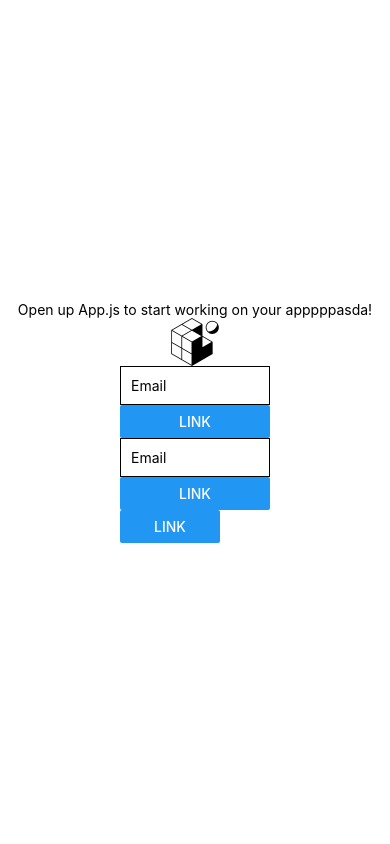
Repository: ntu34543/ReactNativeAndroid
Screen: /
These files come from the project's save history. The screen is drawn as it stood at one moment and after the next save; the edit follows.
The app was drawn by React Native's web renderer in a window 390 px wide. The project was rebuilt for these pictures with package versions that can differ from the ones it lists, and the page was loaded fresh each time.

Above is the screen before, as saved 2022-09-23 16:34:34.

### App.js
import { StatusBar } from "expo-status-bar";
import { StyleSheet, Text, View, Button, Image, TextInput } from "react-native";

export default function App() {
  return (
    <View style={styles.container}>
      <Text>Open up App.js to start working on your apppppasda!</Text>
      <Image source={require("./assets/favicon.png")} />
      <View style={styles.body}>
        <TextInput style={styles.TextInput} placeholder="Email" />
        <Button title="Link" />
        <View>
          <TextInput style={styles.TextInput} placeholder="Email" />
          <Button title="Link" />
        </View>
        <View style={styles.btn}>
          <Button title="Link" />
        </View>
      </View>
      <StatusBar style="auto" />
    </View>
  );
}

const styles = StyleSheet.create({
  container: {
    flex: 1,
    backgroundColor: "#fff",
    alignItems: "center",
    justifyContent: "center",
  },
  body: {
    display: "flex",
  },
  TextInput: {
    padding: 10,
    borderWidth: 1,
    borderColor: "black",
    width: 150,
  },
  btn: {
    width: 100,
  },
});

After the next save:
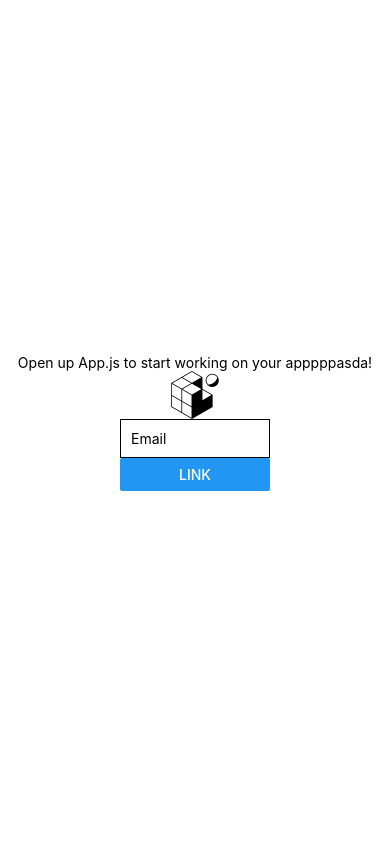
Saved 10 s later.
--- a/App.js
+++ b/App.js
@@ -9,13 +9,13 @@ export default function App() {
       <View style={styles.body}>
         <TextInput style={styles.TextInput} placeholder="Email" />
         <Button title="Link" />
-        <View>
+        {/* <View>
           <TextInput style={styles.TextInput} placeholder="Email" />
           <Button title="Link" />
         </View>
         <View style={styles.btn}>
           <Button title="Link" />
-        </View>
+        </View> */}
       </View>
       <StatusBar style="auto" />
     </View>
